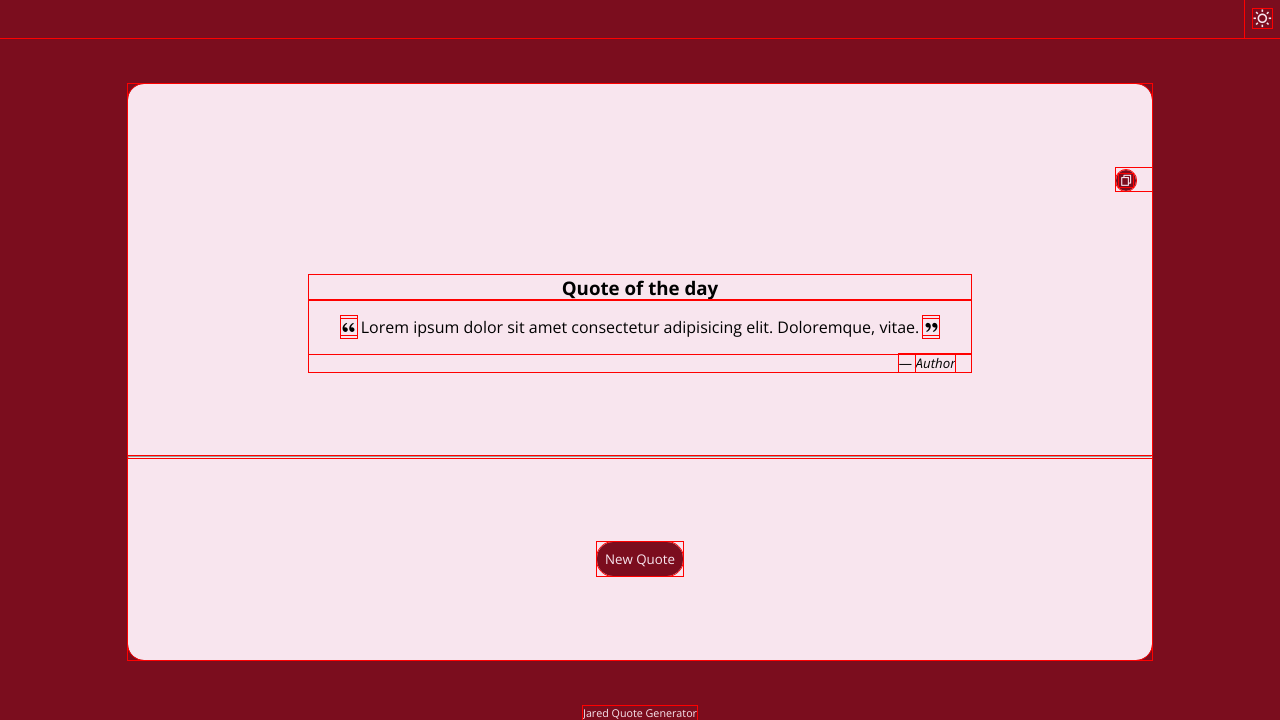
Repository: EguJaredoBoyd/Jared-Quote-Generator
Page: html/main.html
An editor plug-in stored every save of this project. The page is shown before and after the next save, followed by the edit.
The browser window is 1280 px wide. The pictures show the whole page.
Some web libraries are served in a nearby version.

Above is the page before, as saved 2026-01-09 21:11:48.

### html/main.html
<!DOCTYPE html>
<html lang="en">
  <head>
    <meta charset="UTF-8" />
    <meta name="viewport" content="width=device-width, initial-scale=1.0" />
    <link rel="stylesheet" href="../css/style.css" />
    <script src="../js/main.js" defer></script>
    <link
      href="https://cdn.jsdelivr.net/npm/remixicon@4.8.0/fonts/remixicon.css"
      rel="stylesheet"
    />
    <link rel="preconnect" href="https://fonts.googleapis.com" />
    <link rel="preconnect" href="https://fonts.gstatic.com" crossorigin />
    <link
      href="https://fonts.googleapis.com/css2?family=Open+Sans:ital,wght@0,300..800;1,300..800&display=swap"
      rel="stylesheet"
    />
    <title>Document</title>
  </head>
  <body>
    <div class="container">
      <header>
        <button><i class="ri-sun-line"></i></button>
      </header>
      <main>
        <div class="quote-container">
          <div class="quote-container__copy">
            <button><i class="ri-file-copy-line"></i></button>
          </div>
          <div class="quote-container__quotes">
            <h3>Quote of the day</h3>
            <p>
              <span><i class="ri-double-quotes-l"></i></span> Lorem ipsum dolor
              sit amet consectetur adipisicing elit. Doloremque, vitae.
              <span><i class="ri-double-quotes-r"></i></span>
            </p>
            <div class="quote-container__author">
              <h5>&mdash; <i>Author</i></h5>
            </div>
          </div>
          <hr />
          <div class="quote-container__new--quote">
            <button>New Quote</button>
          </div>
        </div>
      </main>
      <footer>
        <div class="footer__developer">
          <h6>Jared Quote Generator</h6>
        </div>
      </footer>
    </div>
  </body>
</html>

### css/style.css
* {
  margin: 0;
  padding: 0;
  box-sizing: border-box;

  outline: 1px solid red;
}

:root {
  --background-color: #7b0d1e;
  --card-color: #f8e5ee;
  --text-color: black;
  --button-color: #7b0d1e;
}

html {
  font-size: 16px;
}

.lighter-theme {
  --background-color: #f8e5ee;
  --card-color: #7b0d1e;
  --text-color: whitesmoke;
  --button-color: #f8e5ee;
}

body {
  font-family: "Open Sans", sans-serif;
  background-color: var(--background-color);
}

.container {
  height: 100vh;
  display: flex;
  flex-direction: column;
  justify-content: space-between;
  align-items: center;
}

header {
  display: flex;
  justify-content: flex-end;
  width: 100%;
}

header button {
  border: none;
  background: none;
  color: var(--card-color);
  font-size: larger;
  padding: 0.5rem;
}

.quote-container {
  display: flex;
  flex-direction: column;
  justify-content: space-evenly;
  align-items: center;
  height: 80vh;
  width: 80vw;
  max-width: 80vw;
  background-color: var(--card-color);
  border-radius: 1rem;
}

.quote-container__copy {
  align-self: self-end;
  padding-right: 1rem;
}

.quote-container__copy button {
  background-color: var(--button-color);
  color: var(--card-color);
  border: none;
  border-radius: 1rem;
  padding: 0.2rem;
}

.quote-container__quotes {
  max-width: 100%;
  max-height: 100%;
}

.quote-container__quotes h3 {
  text-align: center;
}

.quote-container__quotes p {
  max-width: 100%;
  max-height: 40vh;
  overflow-y: auto;
  padding: 1rem 2rem;
  overflow-wrap: break-word;
  text-align: center;
}

.quote-container__quotes span {
  font-size: 1rem;
}

.quote-container__author {
  justify-self: end;
  padding-right: 1rem;
}

.quote-container__author h5 {
  font-weight: 300;
}

.quote-container hr {
  width: 100%;
}

.quote-container__new--quote button {
  background-color: var(--button-color);
  color: var(--card-color);
  padding: 0.5rem;
  border: none;
  border-radius: 1rem;
  font-family: "Open Sans", sans-serif;
}

.footer__developer h6 {
  color: var(--card-color);
  font-weight: 300;
}

Loaded but not shown: js/main.js (no copy from this time; the picture is the same without it)

After the next save:
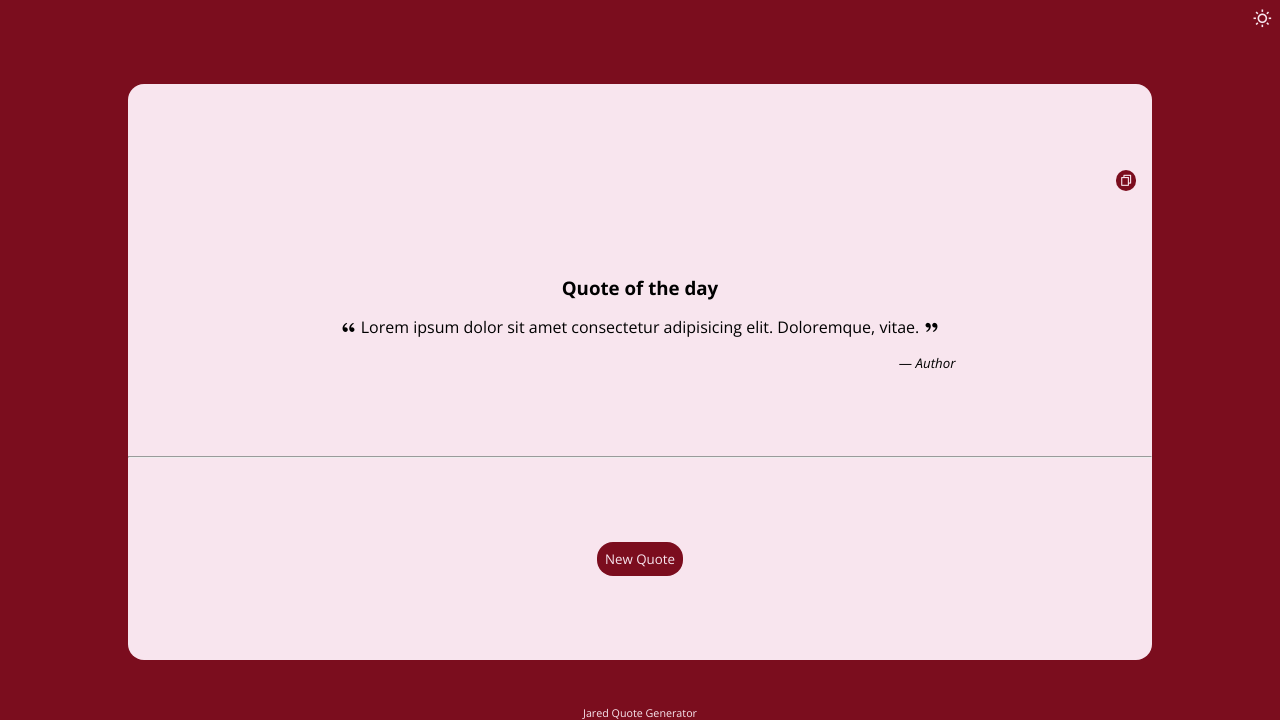
Saved 77 s later.
--- a/css/style.css
+++ b/css/style.css
@@ -2,8 +2,6 @@
   margin: 0;
   padding: 0;
   box-sizing: border-box;
-
-  outline: 1px solid red;
 }
 
 :root {

After the save that followed:
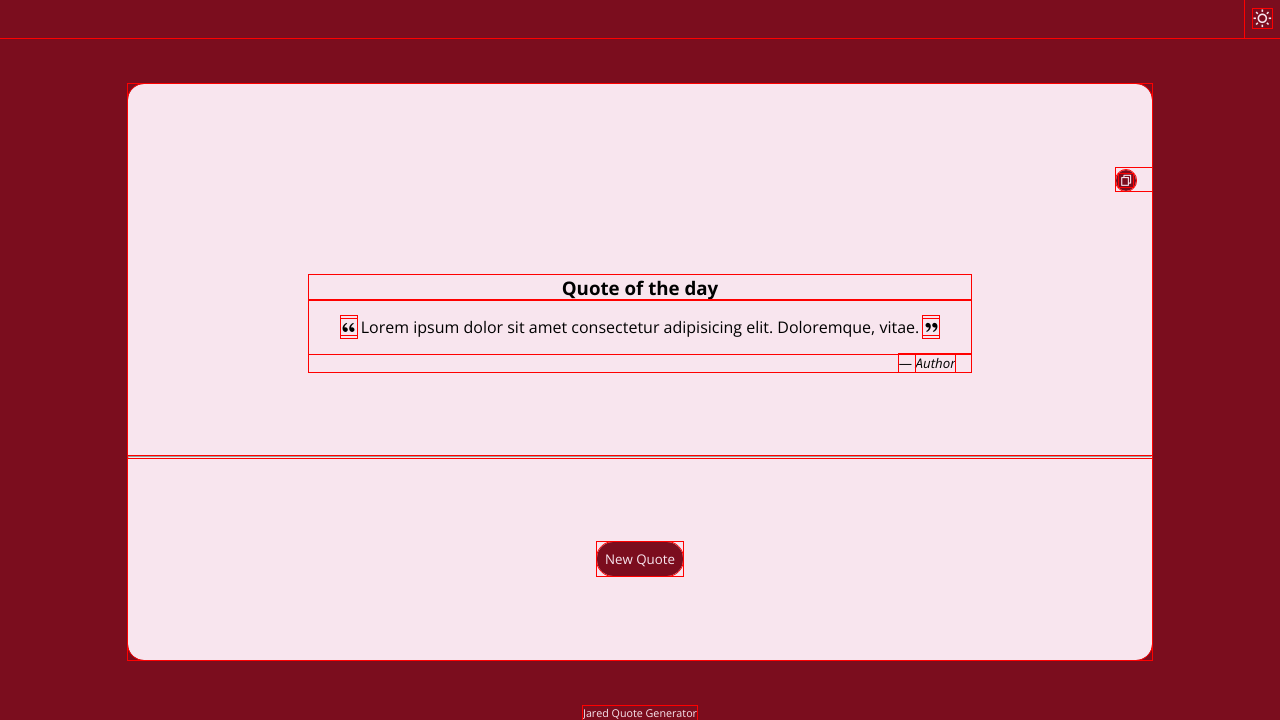
Saved 36 s later.
--- a/css/style.css
+++ b/css/style.css
@@ -2,6 +2,8 @@
   margin: 0;
   padding: 0;
   box-sizing: border-box;
+
+  outline: 1px solid red;
 }
 
 :root {
